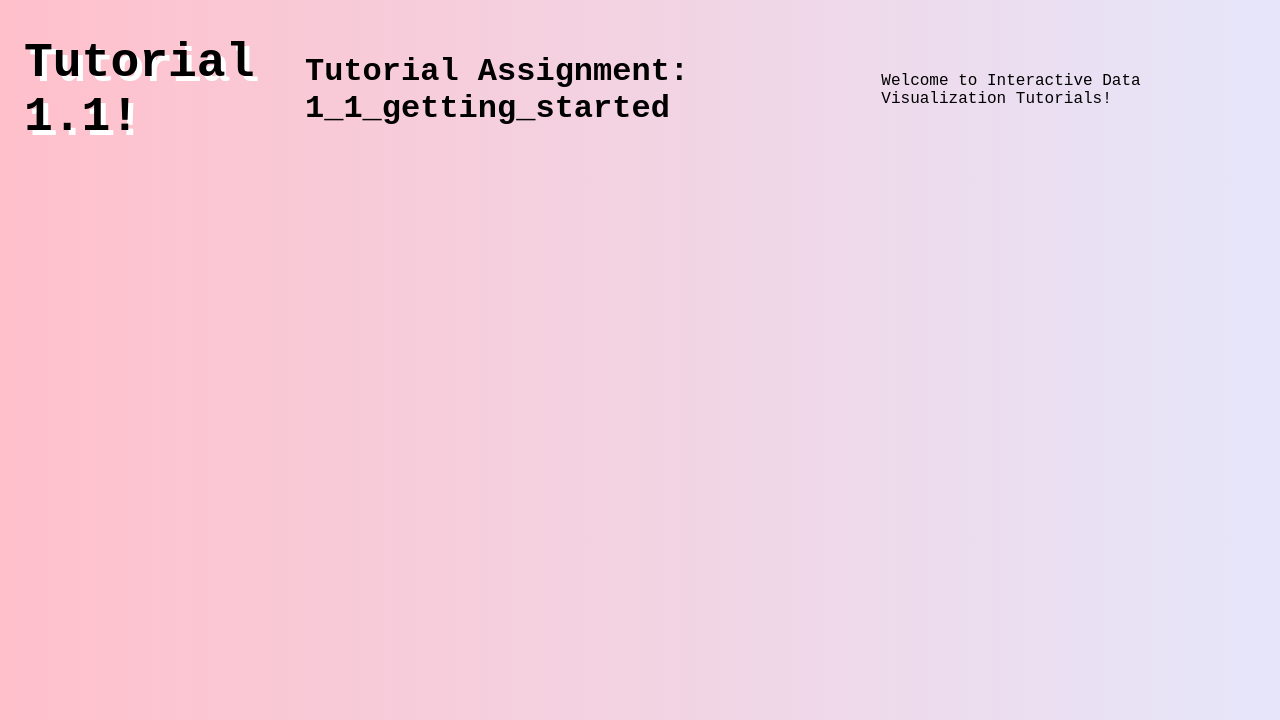
Repository: lisjak/Interactive-Data-Vis-Fall2022
Page: 1_1_getting_started/index.html
The author's editor kept a copy of each file at every save. The page is drawn from the files as they stood at one save, then again after the next save.
The browser window is 1280 px wide. The pictures show the whole page.
Some web fonts or font styles are not loaded; a fallback is used.

Above is the page before, as saved 2022-09-04 21:50:10.

After the next save:
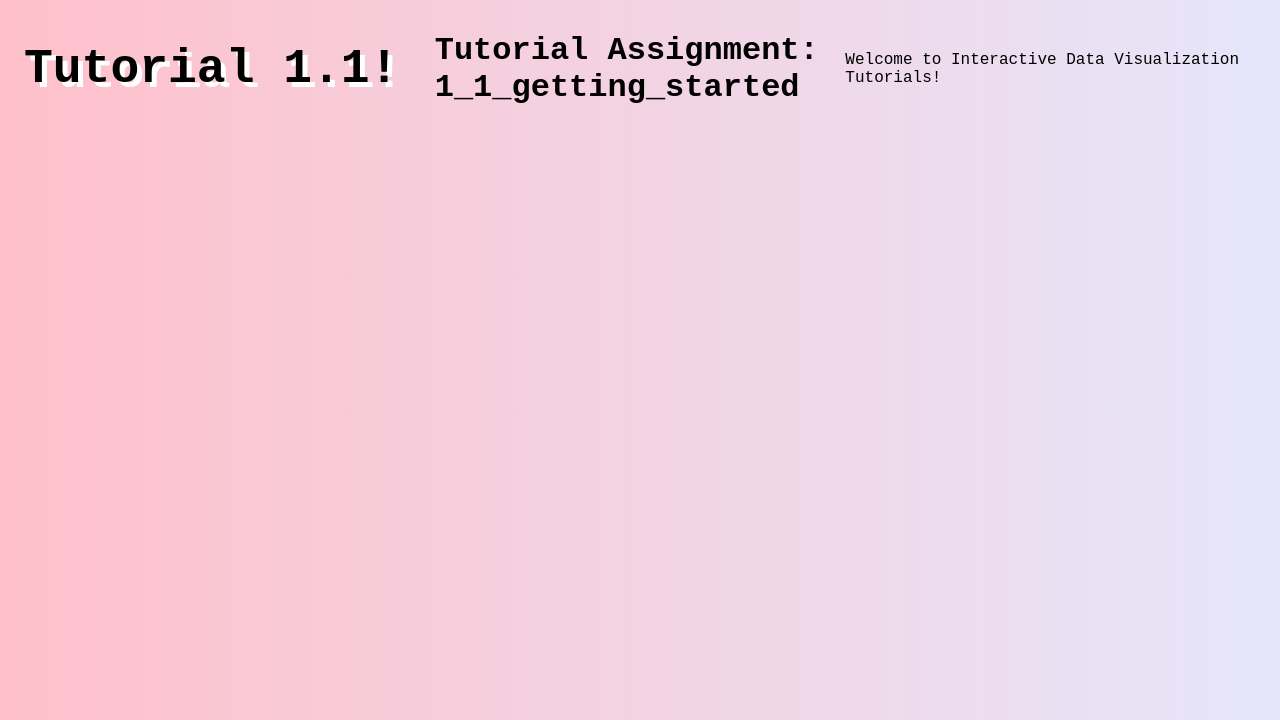
Saved 19 s later.
--- a/1_1_getting_started/style.css
+++ b/1_1_getting_started/style.css
@@ -6,6 +6,10 @@ body {
     display: flex;
     align-items: center;
     justify-content: center;
+}
+
+div {
+    width: 100%;
 }
 
 h1 {
